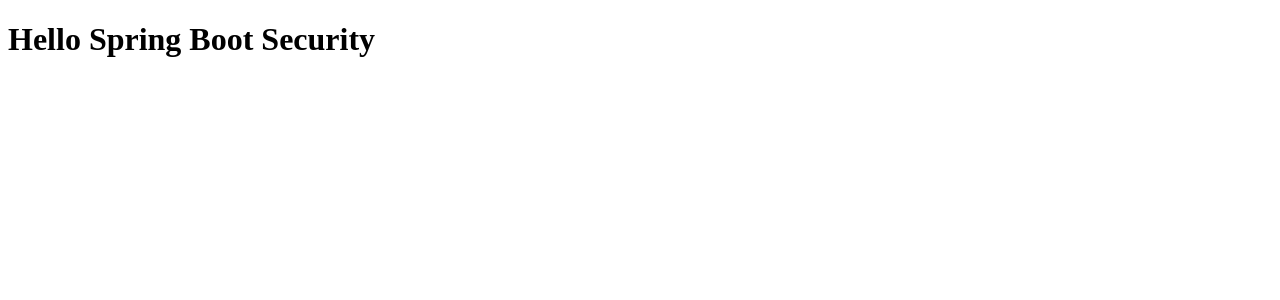
Repository: aosur/Workspace-E
Page: AmigosSecurity/src/main/resources/static/index.html
These files come from the project's save history. The page is drawn as it stood at one moment and after the next save; the edit follows.
The browser window is 1280 px wide. The pictures show the whole page.

Above is the page before, as saved 2021-09-30 03:20:38.
Console error: ReferenceError: div is not defined

After the next save:
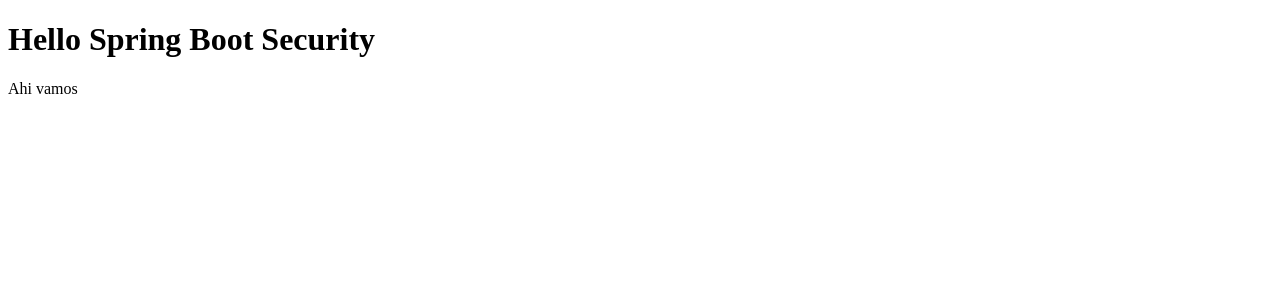
The error is gone.
Saved 41 s later.
--- a/AmigosSecurity/src/main/resources/static/index.html
+++ b/AmigosSecurity/src/main/resources/static/index.html
@@ -6,6 +6,7 @@
 <script>
 	window.onload = function() {
 		const p = document.createElement("p");
+		const div = document.getElementById("div");
 		p.textContent = "Ahi vamos";
 		div.appendChild(p);
 	}
@@ -13,6 +14,6 @@
 </head>
 <body>
 	<h1>Hello Spring Boot Security</h1>
-	<div></div>
+	<div id="div"></div>
 </body>
 </html>
